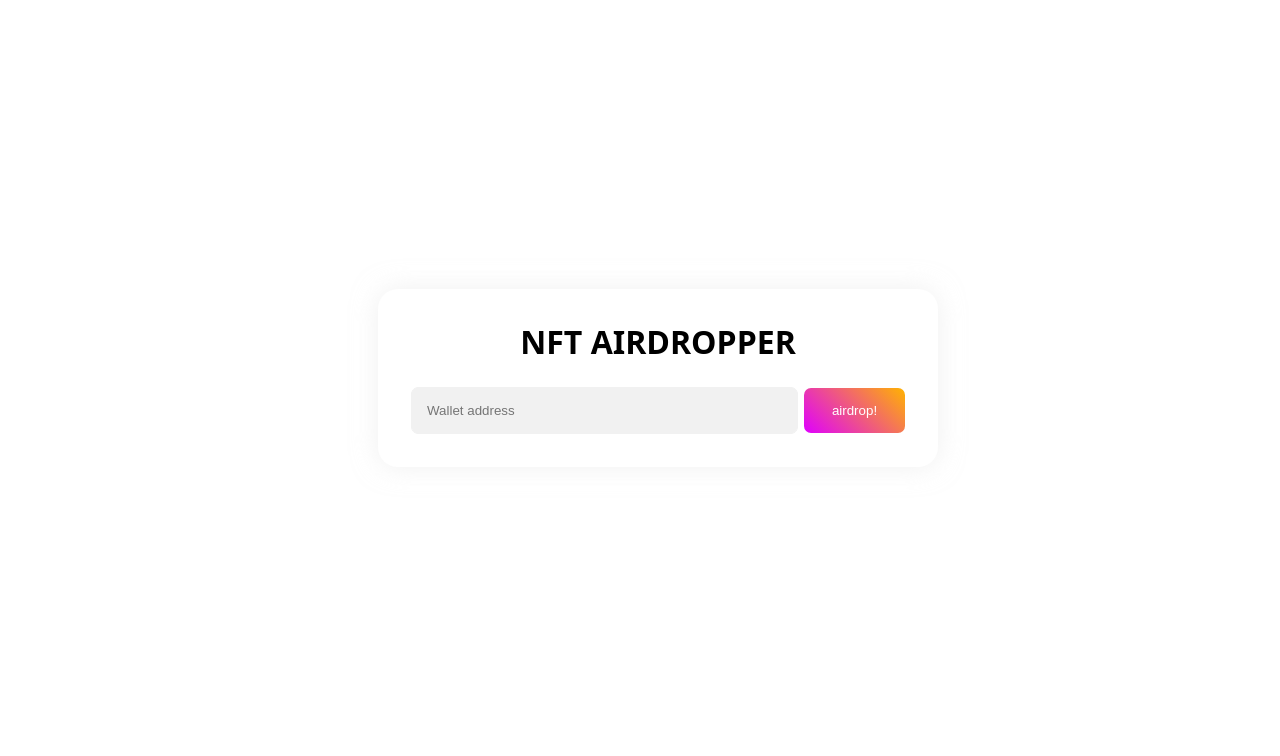
Repository: langf00rd/nft-airdropper
Page: /
These files come from the project's save history. The page is drawn as it stood at one moment and after the next save; the edit follows.
The browser window is 1280 px wide. The pictures show the whole page.
The project was rebuilt for these pictures with package versions that can differ from the ones it lists, and the page was loaded fresh each time.

Above is the page before, as saved 2022-07-15 17:32:39.

### public/index.html
<!DOCTYPE html>
<html lang="en">
  <head>
    <meta charset="utf-8" />
    <link rel="icon" href="%PUBLIC_URL%/favicon.ico" />
    <meta
      name="viewport"
      content="width=device-width, initial-scale=1"
    />
    <meta name="theme-color" content="#000000" />
    <meta name="description" content="NFT Airdropper" />
    <link
      rel="apple-touch-icon"
      href="%PUBLIC_URL%/logo192.png"
    />
    <!--
      manifest.json provides metadata used when your web app is installed on a
      user's mobile device or desktop. See https://developers.google.com/web/fundamentals/web-app-manifest/
    -->
    <link
      rel="manifest"
      href="%PUBLIC_URL%/manifest.json"
    />
    <!--
      Notice the use of %PUBLIC_URL% in the tags above.
      It will be replaced with the URL of the `public` folder during the build.
      Only files inside the `public` folder can be referenced from the HTML.

      Unlike "/favicon.ico" or "favicon.ico", "%PUBLIC_URL%/favicon.ico" will
      work correctly both with client-side routing and a non-root public URL.
      Learn how to configure a non-root public URL by running `npm run build`.
    -->
    <title>NFT Airdropper</title>
  </head>
  <body>
    <noscript
      >You need to enable JavaScript to run this
      app.</noscript
    >
    <div id="root"></div>
    <!--
      This HTML file is a template.
      If you open it directly in the browser, you will see an empty page.

      You can add webfonts, meta tags, or analytics to this file.
      The build step will place the bundled scripts into the <body> tag.

      To begin the development, run `npm start` or `yarn start`.
      To create a production bundle, use `npm run build` or `yarn build`.
    -->
  </body>
</html>

### src/index.css
 @import url('https://fonts.googleapis.com/css2?family=Exo:wght@700&display=swap');

 body {
   font-family: system-ui, -apple-system, BlinkMacSystemFont, 'Segoe UI', Roboto, Oxygen, Ubuntu, Cantarell, 'Open Sans', 'Helvetica Neue', sans-serif;
   /* background: #f1f1f1; */
 }

 * {
   overflow: hidden;
 }

 main {
   width: 100vw;
   height: 100vh;
   display: flex;
   align-items: center;
   justify-content: center;
   flex-direction: column;
   padding: 10px;
 }

 .content {
   /* background: #fff; */
   padding: 30px;
   width: 100%;
   max-width: 500px;
   box-shadow: 0 0 26px #e3e3e387;
   padding-top: 10px;
   border-radius: 20px;
 }

 .input-container {
   display: flex;
   align-items: center;
   justify-content: center;
 }


 input,
 button {
   padding: 15px;
   width: 100%;
   margin: 3px;
   border: none;
   outline: none;
   border-radius: 7px;
   transition: .2s linear;
 }

 input {
   border: 1px solid #f1f1f1;
   background: #f1f1f1;
   flex: 5;
 }

 input:focus {
   background: #fff;
 }

 button {
   /* width: 20%; */
   flex: 1;
   cursor: pointer;
   color: #fff;
   background: linear-gradient(45deg, #df00ff, #ffb300);
 }

 button:active {
   transform: scale(.9);
 }

### src/App.js
import './App.css';

function App() {
  return (
    <div className="App">
      <main>
        <div className='content'>
          <h1>NFT AIRDROPPER</h1>
          <div className='input-container'>
            <input placeholder='Wallet address' />
            <button>airdrop!</button>
          </div>
        </div>
      </main>
    </div >
  );
}

export default App;

Loaded but not shown: src/index.js (common file); src/reportWebVitals.js (common file); src/App.css (common file)

After the next save:
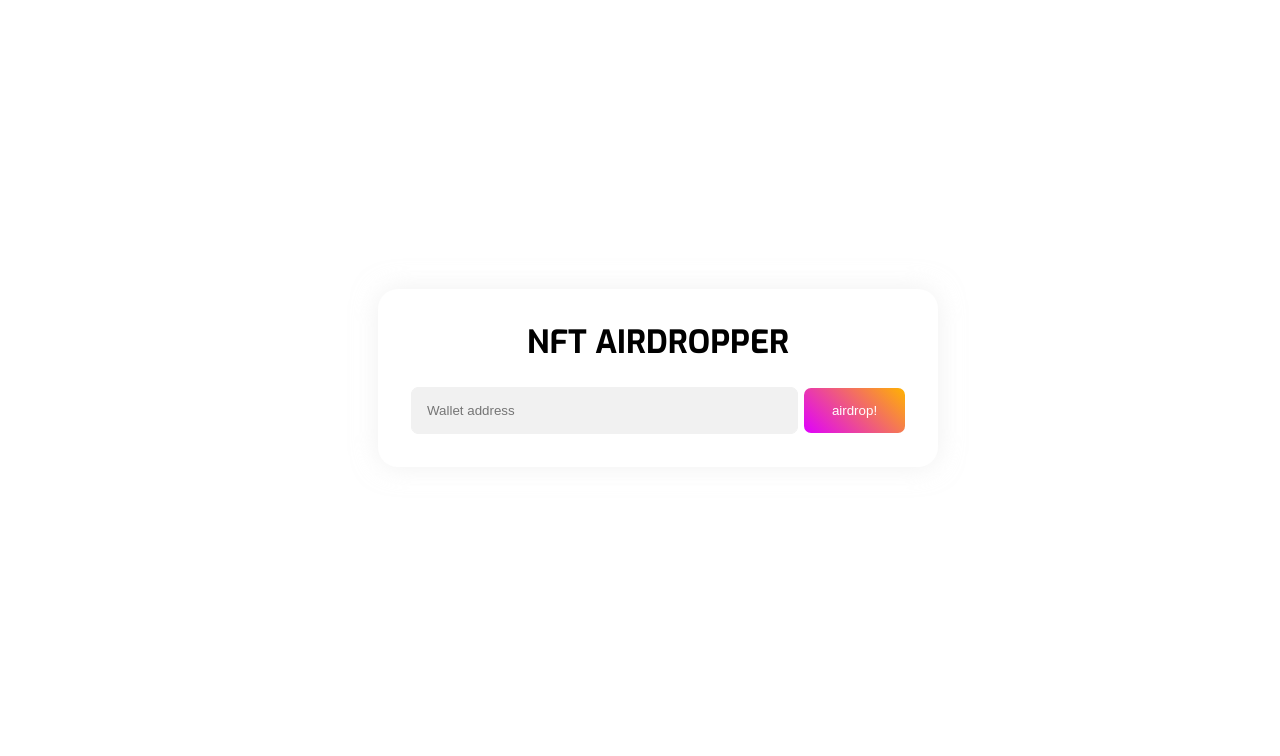
Saved 11 s later.
--- a/src/index.css
+++ b/src/index.css
@@ -1,7 +1,7 @@
  @import url('https://fonts.googleapis.com/css2?family=Exo:wght@700&display=swap');
 
  body {
-   font-family: system-ui, -apple-system, BlinkMacSystemFont, 'Segoe UI', Roboto, Oxygen, Ubuntu, Cantarell, 'Open Sans', 'Helvetica Neue', sans-serif;
+   font-family: 'Exo', system-ui, -apple-system, BlinkMacSystemFont, 'Segoe UI', Roboto, Oxygen, Ubuntu, Cantarell, 'Open Sans', 'Helvetica Neue', sans-serif;
    /* background: #f1f1f1; */
  }
 
